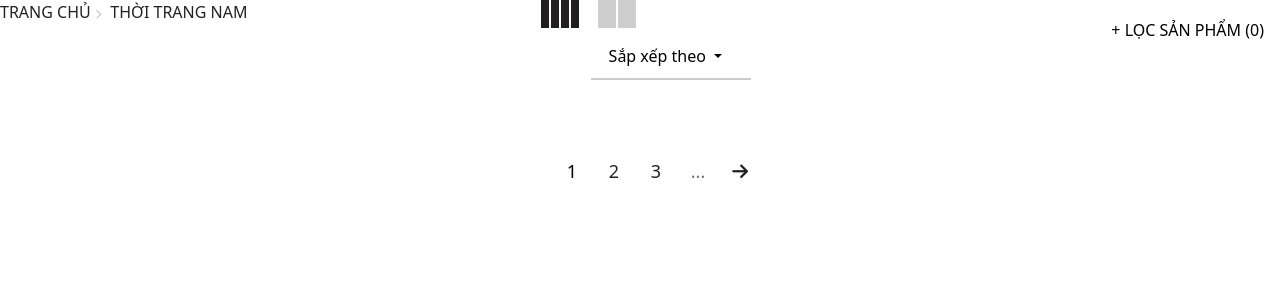
Repository: NguyenQuangQuan021099/FE_Page-Male
Page: index.html
The author's editor kept a copy of each file at every save. The page is drawn from the files as they stood at one save, then again after the next save.
The browser window is 1280 px wide. The pictures show the whole page.
The page's requests for data from a server got no answer. Some web libraries are served in a nearby version.

Above is the page before, as saved 2021-07-08 11:04:47.

### index.html
<!DOCTYPE html>
<html lang="en">
<head>
    <meta charset="UTF-8">
    <meta http-equiv="X-UA-Compatible" content="IE=edge">
    <script src="https://kit.fontawesome.com/ce2ff1d6ed.js" crossorigin="anonymous"></script>
    <link href="https://cdn.jsdelivr.net/npm/bootstrap@5.0.1/dist/css/bootstrap.min.css" rel="stylesheet" integrity="sha384-+0n0xVW2eSR5OomGNYDnhzAbDsOXxcvSN1TPprVMTNDbiYZCxYbOOl7+AMvyTG2x" crossorigin="anonymous">
    <script src="https://code.jquery.com/jquery-3.6.0.min.js" integrity="sha256-/xUj+3OJU5yExlq6GSYGSHk7tPXikynS7ogEvDej/m4=" crossorigin="anonymous"></script>
    <meta name="viewport" content="width=device-width, initial-scale=1.0">
    <link rel="stylesheet" href="style.css">
    <title>Trang Nam</title>
</head>
<body>
<div class="main">
<!-- -------------------------Begin Nav-------------------------------------------------- -->
<div class="category__product__action d-flex ">
    <div class="breadcrumbs">
        <a href="" title="Đi đến trang chủ">TRANG CHỦ</a>
        <i style="color: #ccc; font-size: 10px; margin-right: 5px; padding-bottom: 2px;" class="fas fa-chevron-right"></i>
        <span style="color: #222">THỜI TRANG NAM</span>
    </div>
  <div class="nav-2">
    <div class="toolbar__product ">
      <a href="#" class="active" title="Lưới" ></a>
      <a href="#" class="disable" title="Danh sách" ></a>
    </div>
    <!-- --------------begin dropdown ------------------>
    <div class="dropdown">
      <button class="btn btn-secondary dropdown-toggle" type="button" id="dropdownMenuButton1" data-bs-toggle="dropdown" aria-expanded="false">
        Sắp xếp theo
      </button>
      <ul class="dropdown-menu sorter" aria-labelledby="dropdownMenuButton1" .>
        <li><a class="dropdown-item" href="#">Thứ tự chữ cái A-Z</a></li>
        <li><a class="dropdown-item" href="#">Thứ tự chữ cái Z-A</a></li>
        <li><a class="dropdown-item" href="#">Giá tăng dần</a></li>
        <li><a class="dropdown-item" href="#">Giá giảm dần</a></li>
        <li><a class="dropdown-item" href="#">Sản phẩm mới nhất</a></li>
      </ul>
    </div>
    <!-- -------------------end dropdown ---------------->
</div>
    <!-------------------- begin filter---------------- -->
  <div class="filter__toggle">
    <div class="list-group">
      <button class="list-group-item list-group-item-action actived-list" aria-current="true" >
        + LỌC SẢN PHẨM (0)
      </button>
      <div class="list-select">
        <div class="list-group-item list-group-item-action reset-close">
          <button class="reset">ĐẶT LẠI</button>
          <button class="close">ĐÓNG</button>
        </div>
        <div class="filter-option-list">
          <div class="filter-option">
            <button class="list-group-item list-group-item-action btn__item actived">NHÓM
              <div class="icon">
                <i class="fas fa-plus icon-1"></i>
                <i class="fas fa-minus icon-2"></i>
              </div>
            </button>
            <div class="item__male">
              <ul class="items">
                <li class="item"> <a href="">ÁO NAM</a></li>
                <li class="item"> <a href="">QUẦN NAM</a></li>
                <li class="item"> <a href="">GIÀY DÉP NAM</a></li>
                <li class="item"> <a href="">PHỤ KIỆN THỜI TRANG NAM</a></li>
              </ul>
            </div>
          </div>

        <div class="filter-option">
          <button class="list-group-item list-group-item-action btn__item actived">KÍCH CỠ
            <div class="icon">
              <i class="fas fa-plus icon-1"></i>
              <i class="fas fa-minus icon-2"></i>
            </div>
          </button>
          <div class="item__male">
            <ul class="items items-size">

            </ul>
          </div>
        </div>
        <div class="filter-option">
          <button class="list-group-item list-group-item-action btn__item">MÀU TRANG PHỤC</button>
        </div>
        <div class="filter-option">
        <button class="list-group-item list-group-item-action btn__item">GÍA TIỀN</button>
        </div>
        </div>
      </div>
    </div>
  </div>
<!-- -------------------End filter--------------------- -->

</div>

<!-- --------------------End Nav----------------------- -->

<!-------------------Begin product--------------------- -->
<div class="product">
        <ol id="product-list-items">

        </ol>
</div>
<!-------------------End product--------------------- -->

<!-- -------------Begin pagination --------------------->
<div class="pagination ">
  <ul class="list__pag ">
    <li class="item__current"><a href="#">1</a></li>
        <li class="item"><a href="#">2</a></li>
        <li class="item"><a href="#">3</a></li>
        <li class="item"><span>...</span></li>
        <li class="item__next"><a href="#" title="Tiếp theo"><i class="fas fa-arrow-right"></i></a></li>
  </ul>
</div>
<!-- -------------End pagination ---------------------->
</div>
    <script src="./app.js"></script>
    <script src="https://cdn.jsdelivr.net/npm/@popperjs/core@2.9.2/dist/umd/popper.min.js" integrity="sha384-IQsoLXl5PILFhosVNubq5LC7Qb9DXgDA9i+tQ8Zj3iwWAwPtgFTxbJ8NT4GN1R8p" crossorigin="anonymous"></script>
    <script src="https://cdn.jsdelivr.net/npm/bootstrap@5.0.1/dist/js/bootstrap.min.js" integrity="sha384-Atwg2Pkwv9vp0ygtn1JAojH0nYbwNJLPhwyoVbhoPwBhjQPR5VtM2+xf0Uwh9KtT" crossorigin="anonymous"></script>
</body>
</html>

### style.css
*{
    margin: 0;
    padding: 0;
    box-sizing: border-box;
}

html{
    font-family: Arial, Helvetica, sans-serif;
}

a, a:hover{
    color: #222;
    text-decoration: none;
}

.category__product__action{
    margin-bottom: 50px;
    justify-content: space-between;
}

.nav-2{
    di
}

.toolbar__product a{
    height: 28px;
    display: inline-block;
    width: 38px;
    background-repeat: no-repeat;
}

.toolbar__product .active{
    background-image: url(./img/grid4active.svg);
    padding-right: 52px;
}

.toolbar__product .disable{
    background-image: url(./img/grid2disable.svg);
}

/* Dropdown css */
.dropdown{
    margin: 0 50px;
}

.btn-secondary {
    width: 160px;
    height: 46px;
    color: black;
    background-color: white;
    border-style: none;
    border-bottom: 2px solid #ccc;
    border-radius: 0px;
    padding: 0 25px 0 13px;
}


.btn-secondary:hover{
    color: black;
    background-color: white;
    border-bottom: 1px solid #ccc;

}

.btn-check:focus+.btn-secondary, .btn-secondary:focus {
    color: black;
    background-color: #fff;
    border-color: rgb(54, 52, 52);
    box-shadow: none;
    outline: none;
}
.sorter .dropdown-item:hover {
    color: white;
    background-color: #1777f2;
}

/* End dropdown */

/*  product items css */
/* filter css */
.list-group .actived-list{
    background-color: #fff;
    border-style: none;
    color:black ;
}

.reset-close{
    width: 100%;
    padding: 20px 0 ;
    display: flex;
    justify-content: space-between;
    border-style: none;
    border-bottom: 1px solid black;
    position: relative;

}
.reset-close button{
    font-size: 18px;
    margin: 0 30px;
    border-style: none;
    background-color: #fff;
}

/* begin filter */
.filter__toggle{
    margin-top: 10px;
}

.list-select{
    width: 25.8%;
    height: 100%;
    position: fixed;
    top: 0;
    display: none;
    right: 0;
    z-index: 2;
    background-color: #fff;
    border-left: 1px solid black;
    animation: mymove ease-in-out .8s;
    transition: all 0.2s ease-in-out 0.2s;
}

.list-group-item-action:hover{
    background-color: #fff;
}

.list-select button{
   font-size: 18px;
}

.btn__item{
    padding-left: 30px;
    display: flex;
    justify-content: space-between;
}

.list-group .item__male ul li{
    list-style: none;
    padding-top: 8px;
}

.filter-option-list{
    height: 95vh;
    overflow-y: scroll;
}

.filter-option{
    border-bottom: 1px solid black;
}

.filter-option button .icon{
   display: inline-block;

}

.filter-option button .icon .icon-1{
    display: none;
}


@keyframes mymove{
    0%{
        right: -100%;
    }

    50%{
        right: -50%;
    }
    100%{
        right: 0;
    }
}

/* end filter css */
/* product items css */
.product{
     max-width: 100%;
     padding-left: 12px;
}

.product ol{
    display: flex;
    flex-wrap: wrap;
    padding-left: 0;
}

.product #product-list-items .product-items{
    width: 25%;
    list-style: none;
    margin-bottom: 30px;
}

li .renderItems  a img{
    width: 100%;
    object-fit: cover;
    padding: 3px;
}

li .renderItems  .sub__div{
    padding-top: 16px;
    display: flex;
    flex-direction: column;
}

li .renderItems .sub__div .title{
    color: #222;
    font-weight: 500;
    text-transform: uppercase;
    font-size: 12px;
    text-decoration: none;
}

li .renderItems .sub__div .price{
    opacity: 0.7;
    font-size: 16px;
    font-family: Roboto;
}

li .renderItems .sub__div a{
    position: relative;
    display: inline-block;
}

li .renderItems .sub__div .img__mini{
    width: 22px;
    height: 22px;
}

li .renderItems .sub__div a img{
    width: 100%;
    object-fit: none;
}

li .renderItems .sub__div a img:hover{
    border: 1px solid black;
}

li .renderItems .sub__div a .sub__content{
    position: absolute;
    padding: 10px 30px;
    border: 1px solid black;
    border-radius: 5px;
    background-color: #fff;
    top: -50px;
    display: none;
}

li .renderItems .sub__div a:hover .sub__content{
    display: block;
}

/* End product items */

/* Begin pagination */
.pagination{
    display: block;
}

.pagination ul{
    display: flex;
    justify-content: center;
}
.pagination ul li{
    list-style: none;
    width: 30px;
    height: 30px;
    font-size: 18px;
    color: #707070;
    margin: 12px 6px;
    text-align: center;
}

.pagination ul .item__current a{
    color: black;
}

.pagination ul li:hover a{
    background-color: #ccc;
    border-radius: 2px;
    padding: 6px 12px;
}

/* End paginaton */

/* Responsive */
/* Mobile : width < 720px */
@media only screen and (max-width: 46.1875em){

}

/* tablet : width >= 740px and width < 1024px */
@media screen and (min-width: 360px) and (max-width: 1024px) {

    .category__product__action{
        flex-direction: column-reverse;
        padding: 0 20px;
        margin-bottom: 0;
    }

    .nav-2{
        justify-content: space-between;

    }

    .toolbar__product{
        display: none;
    }


    ol, ul {
        padding-left: 0  !important;
    }

    ol>:first-child{
      width: 100% !important;
      padding-right: 12px;
    }

    ol >:first-child .renderItems a img{
        width: 100% !important;
    }

    li{
        width: 50% !important;
        padding-right: 10px;
    }

    .pagination ul li{
        width: 30px !important;
    }

}

### app.js
let itemAPI = "http://localhost:3000/items";
let sizeAPI = "http://localhost:3000/listSize";

function start() {
    getItem(renderItems);
    getSize(renderListSize);
}
start();

// lay ra item
function getItem(callback) {
    fetch(itemAPI)
    .then(function(response){
        return response.json();
    })
    .then(callback);
}

//render item
function renderItems(items){
    let listItemsBlock = document.querySelector("#product-list-items");
    let htmls = items.map(function(item){
        return `
        <li class="product-items">
            <div class="renderItems">
                <a href=""><img src="${item.image}" alt="" srcset=""></a>

                <div class="sub__div">

                    <a href="#" class="title"> ${item.title} </a> <br>

                    <span class="price">${item.price}</span> <br>

                        <a class="img__mini" href="#"> <img src="${item.miniimg}">
                            <div class="sub__content">
                                ${item.contentmini1}
                            </div>
                        </a>
                </div>
            </div>
        </li>
        `;
    });
    listItemsBlock.innerHTML = htmls.join('');
}

// render list size clothing
function getSize(callback) {
    fetch(sizeAPI)
    .then(function(response){
        return response.json();
    })
    .then(callback);
}

function renderListSize(listSize){
    let listSizeBlock = document.querySelector(".items-size");
    console.log(listSizeBlock);
    let htmls = listSize.map(function(size){
        return `
            <li class="item"> <a href=""> ${size.sizeClothing}</a></li>
        `;
    });
    listSizeBlock.innerHTML = htmls.join('');
    console.log(htmls);
}


// $('.show-hide').on("click", function(e){
//     $(this).find('.hide').css("display", "none");
//     $(this).find('.show').css("display", "block");
//     e.preventDefault();
// })


// filter actions
$('.actived-list, .close').on("click", function(){
    $(this).parent('.list-group').find('.list-select').toggle();
    $(this).parents('.list-select').toggle();

})

$('.actived, .not-actived').on("click", function(){
    $(this).find('.icon-1').toggle();
    $(this).find('.icon-2').toggle();
    $(this).parent('.filter-option').find('.item__male').toggle();
        if ($(this).hasClass('actived')) {
            $(this).removeClass('actived').addClass('not-actived');
        } else {
                $(this).removeClass('not-actived').addClass('actived');
        }
})


$('.reset').on("click", function(){
   $(this).parents('.list-select').find('.item__male').show();
   $(this).parents('.list-select').find('.icon-1').hide();
   $(this).parents('.list-select').find('.icon-2').show();
})

After the next save:
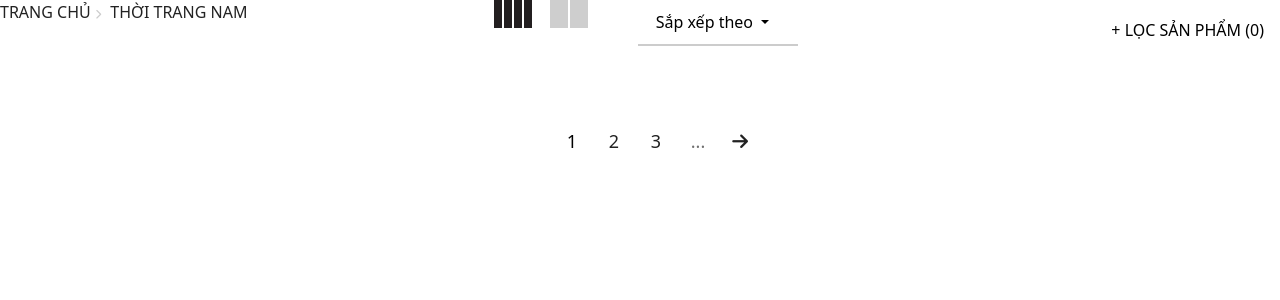
Saved 4 s later.
--- a/style.css
+++ b/style.css
@@ -19,7 +19,7 @@ a, a:hover{
 }
 
 .nav-2{
-    di
+    display: flex;
 }
 
 .toolbar__product a{
